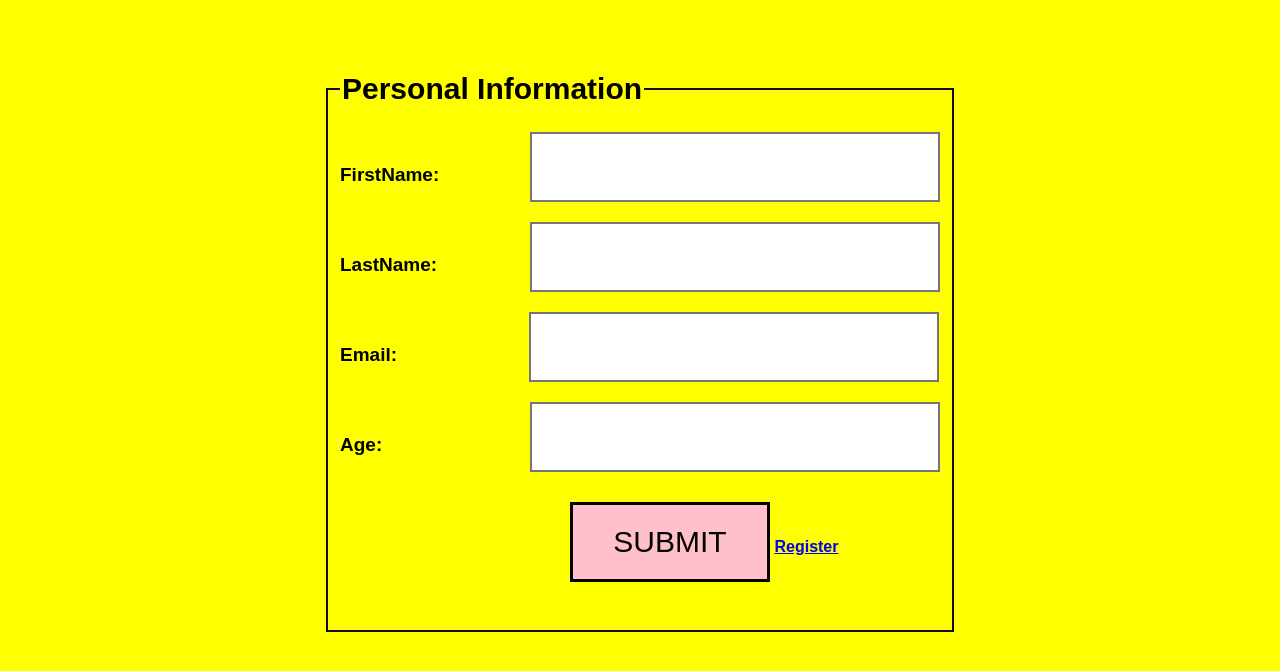
Repository: Femi007-gh/Legend
Page: index.html
These files come from the project's save history. The page is drawn as it stood at one moment and after the next save; the edit follows.
The browser window is 1280 px wide. The pictures show the whole page.

Above is the page before, as saved 2025-04-08 09:36:07.

After the next save:
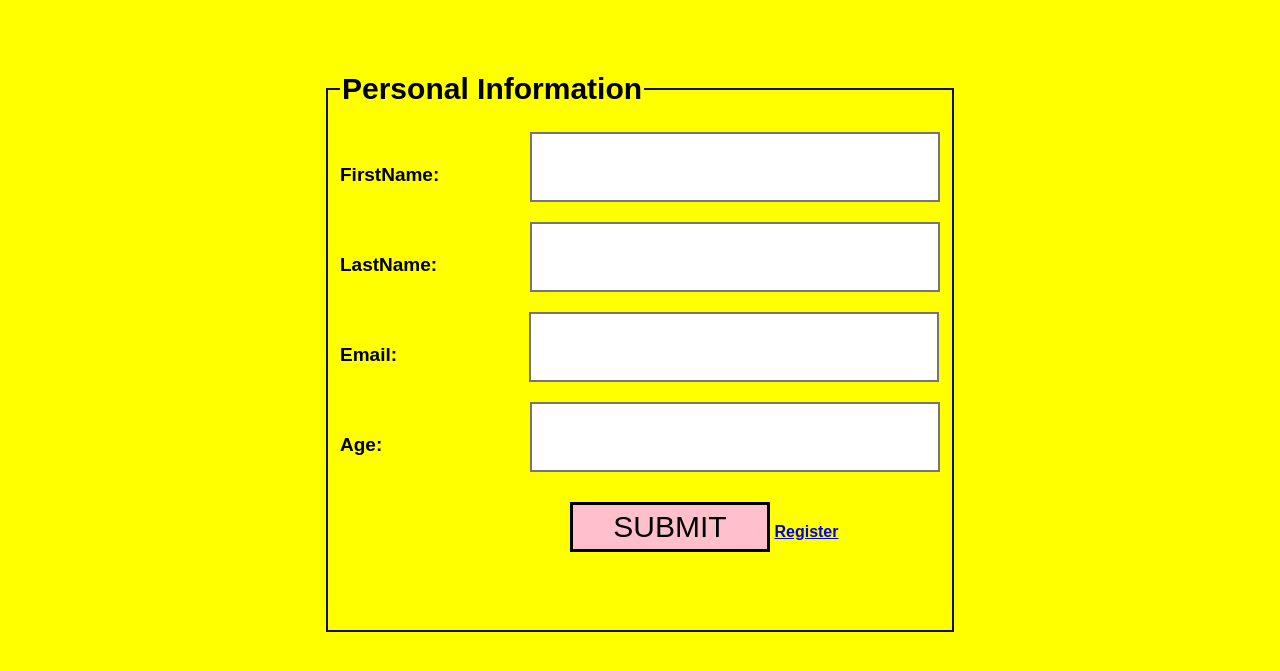
Saved 29 min 57 s later.
--- a/style.css
+++ b/style.css
@@ -58,7 +58,7 @@ input {
 }
 
 .sub {
-  height: 80px;
+  height: 50px;
   width: 200px;
   margin-left: 230px;
   margin-top: 30px;
